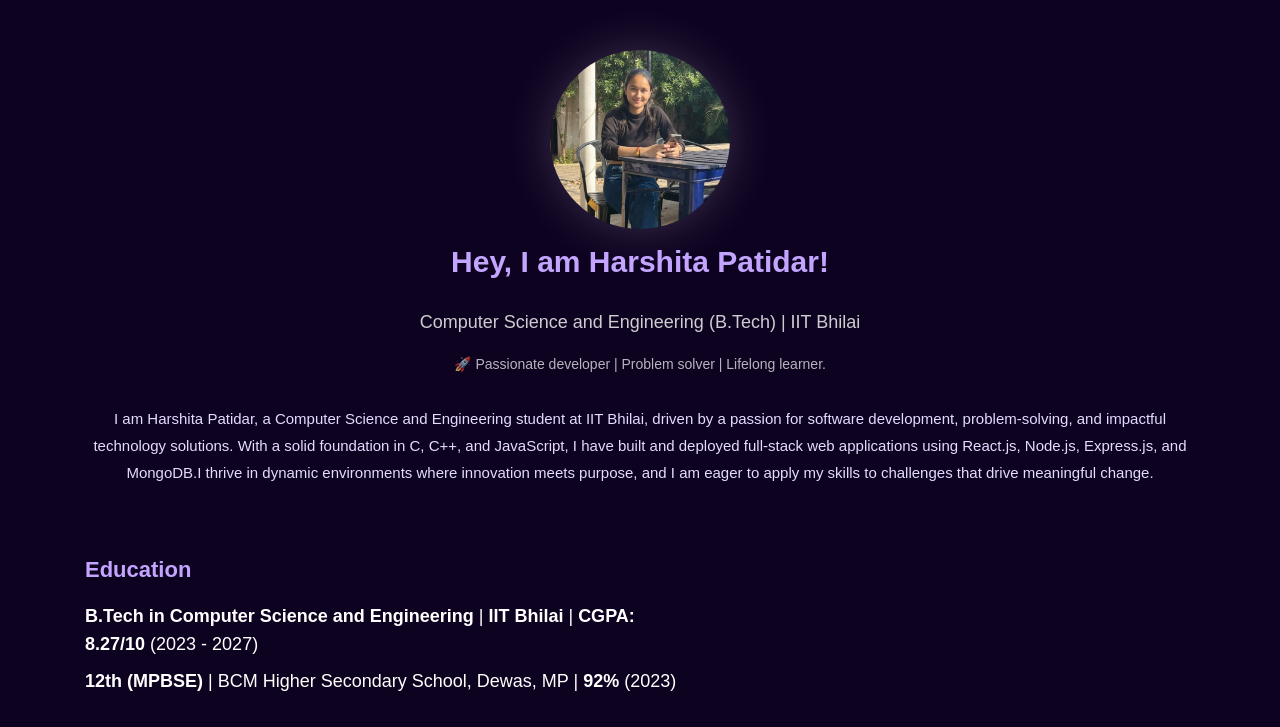
Repository: harshitap1305/Portfolio
Page: /
An editor plug-in stored every save of this project. The page is shown before and after a run of saves, followed by the edit.
The browser window is 1280 px wide. The pictures show the whole page.
The project was rebuilt for these pictures with package versions that can differ from the ones it lists, and the page was loaded fresh each time. Also part of the build but not shown: vite.config.js.

Above is the page before, as saved 2025-03-27 18:20:45.

### index.html
<!doctype html>
<html lang="en">
  <head>
    <meta charset="UTF-8" />

    <meta name="viewport" content="width=device-width, initial-scale=1.0" />
    <title>Harshita's Portfolio</title>
  </head>
  <body>
    <div id="root"></div>
    <script type="module" src="/src/main.jsx"></script>
  </body>
</html>

### src/App.jsx
import Home from './Home.jsx'

function App() {


  return (
    <>
      <Home/>
    </>
  )
}

export default App

### src/Home.jsx
import React from 'react';
import harshita from './assets/harshita.png';
import './App.css';

const Home = () => {
  return (
    <>
      <img src={harshita} alt="Harshita Patidar" className="harshita" />
      <h2 className="name">Hey, I am Harshita Patidar!</h2>
      <p className="tagline">Computer Science and Engineering (B.Tech) | IIT Bhilai</p>
      <p className="subtext">
      🚀 Passionate developer | Problem solver | Lifelong learner.
      </p>
      <p className='intro'>I am Harshita Patidar, a Computer Science and Engineering student at IIT Bhilai, driven by a passion for software development, problem-solving, and impactful technology solutions. With a solid foundation in C, C++, and JavaScript, I have built and deployed full-stack web applications using React.js, Node.js, Express.js, and MongoDB.I thrive in dynamic environments where innovation meets purpose, and I am eager to apply my skills to challenges that drive meaningful change.</p>
      <div className="education-container">
        <h3 className="education-heading">Education</h3>
        <ul className="education-list">
          <li>
            <span className="edu-degree">B.Tech in Computer Science and Engineering</span> | <b>IIT Bhilai</b> | <b>CGPA: 8.27/10</b> (2023 - 2027)
          </li>
          <li>
            <span className="edu-degree">12th (MPBSE)</span> | BCM Higher Secondary School, Dewas, MP | <b>92%</b> (2023)
          </li>
        </ul>
      </div>
    </>
  );
};

export default Home;

### src/App.css
/* Background */
body {
  background-color: #0d021f;
  color: white;
  font-family: 'Poppins', sans-serif;
  text-align: center;
  justify-content: center;
  display: flex;
}

/* Image Styling */
.harshita {
  width: 180px;
  border-radius: 50%;
  display: block;
  margin: 50px auto 10px;
  box-shadow: 0px 0px 50px rgba(255, 255, 255, 0.2);
}

/* Name Styling */
.name {
  font-size: 30px;
  font-weight: bold;
  margin-top: 10px;
  color: #c3a5ff; /* Light purple */
}

/* Tagline Styling */
.tagline {
  font-size: 18px;
  margin-top: 5px;
  opacity: 0.8;
}


/* Subtext */
.subtext {
  font-size: 14px;
  margin-top: 5px;
  opacity: 0.7;
}
/* Intro Box */
.intro {
  font-size: 15px;
  line-height: 1.8;
  max-width: 1100px;
  text-align: center;
  margin-top: 20px;
  color: #e5dbff;
  padding: 10px 20px;

}

/* Highlights in Text */
.intro span {
  color: #8a4bff;
  font-weight: bold;
}
/* Education Section */
.education-container {
  margin-top: 20px;
  padding: 15px;
  text-align: left;
  max-width: 600px;
}

.education-heading {
  font-size: 22px;
  font-weight: bold;
  color: #c3a5ff;
  margin-bottom: 10px;

}

.education-list {
  list-style: none;
  padding: 0;
}

.education-list li {
  font-size: 18px;
  line-height: 1.6;
  margin-bottom: 8px;
}

.edu-degree {
  font-weight: bold;
  color: white;
}

Loaded but not shown: src/main.jsx (common file); src/index.css (common file)

After the next 4 saves:
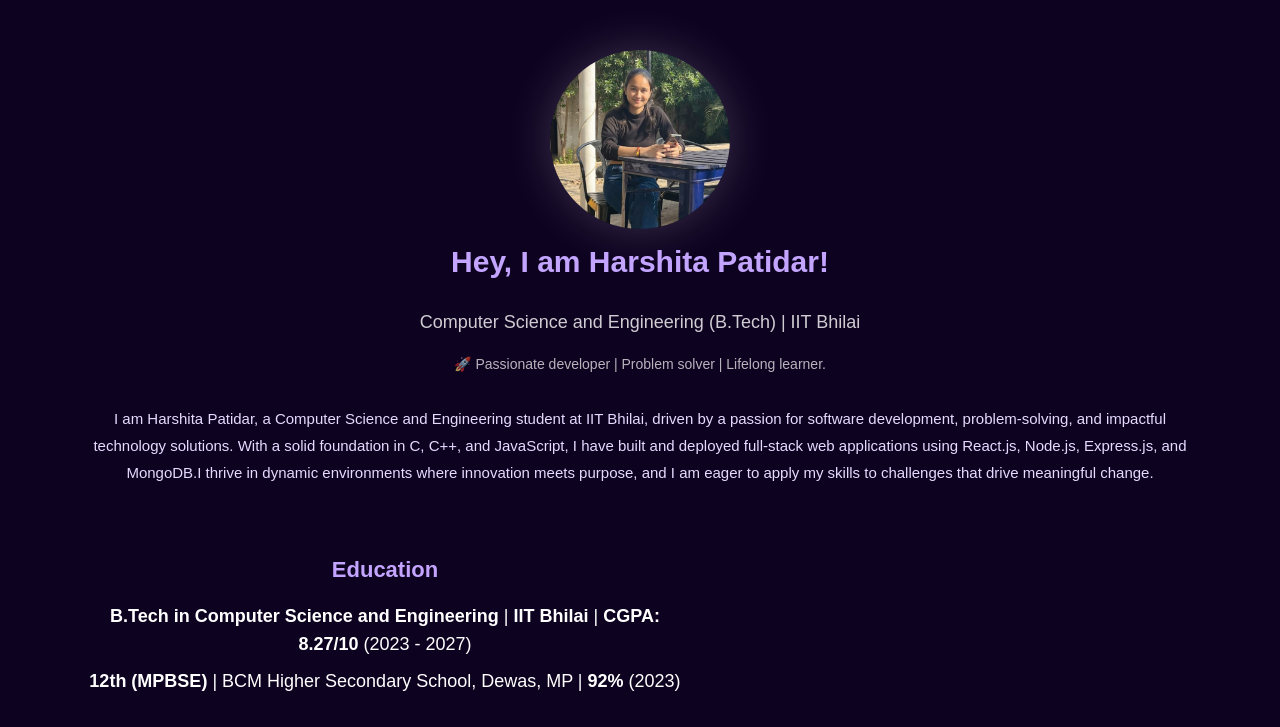
The 4 saves are shown as one change because they came seconds apart.
The last was saved 16 s later.
--- a/src/App.css
+++ b/src/App.css
@@ -62,6 +62,8 @@ body {
   padding: 15px;
   text-align: left;
   max-width: 600px;
+  justify-content: center;
+  text-align: center;
 }
 
 .education-heading {
